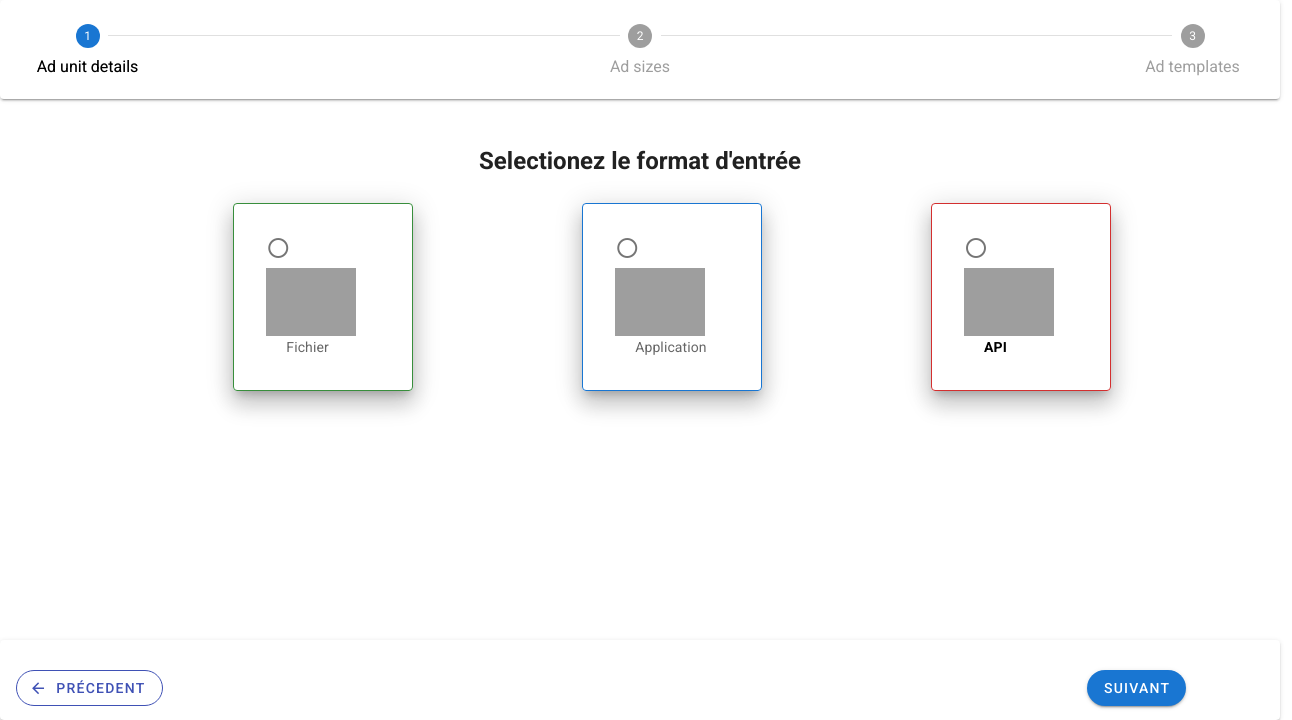
Repository: SidneyHodieb/myc
Page: /addsource/format
The author's editor kept a copy of each file at every save. The page is drawn from the files as they stood at one save, then again after the next save.
The browser window is 1280 px wide. The page is 1292 px wide, so the pictures cover 1292 px, including what lies to the right of the window. The pictures show the whole page.
Pictures or frames that could not be fetched are drawn as grey boxes. The project was rebuilt for these pictures with package versions that can differ from the ones it lists, and the page was loaded fresh each time. Also part of the build but not shown: vue.config.js, src/views/Home.vue, src/views/addSource/components/card.vue, src/views/addSource/components/trigger.vue.

Above is the page before, as saved 2021-04-04 14:21:45.

### src/App.vue
<template>
  <v-app>
    <v-main>
      <router-view></router-view>
    </v-main>
  </v-app>
</template>

<script>

export default {
  name: 'App',
  data: () => ({
    //
  }),
};
</script>

### src/router/index.js
import Vue from 'vue'
import VueRouter from 'vue-router'
import Home from '../views/Home.vue'
import addSource from '../views/addSource/column'
import format from '../views/addSource/components/format'
import card from '../views/addSource/components/card'
import trigger from '../views/addSource/components/trigger'

Vue.use(VueRouter)

const routes = [
  {
    path: '/',
    name: 'Home',
    component: Home
  },
  {
    path: '/addsource',
    name: 'addSource',
    component: addSource,
    children: [
      {
        path: 'format',
        component: format
      },
      {
        path: 'card',
        component: card
      },
      {
        path: 'trigger',
        component: trigger
      }
    ]
  },
  {
    path: '/about',
    name: 'About',
    // route level code-splitting
    // this generates a separate chunk (about.[hash].js) for this route
    // which is lazy-loaded when the route is visited.
    component: function () {
      return import(/* webpackChunkName: "about" */ '../views/About.vue')
    }
  }
]

const router = new VueRouter({
  mode: 'history',
  base: process.env.BASE_URL,
  routes
})

export default router

### src/views/addSource/column.vue
<template>
  <div>
    <!-- Header -->
      <v-stepper alt-labels>
          <v-stepper-header>
            <v-stepper-step step="1">
              Ad unit details
            </v-stepper-step>

            <v-divider></v-divider>

            <v-stepper-step step="2">
              Ad sizes
            </v-stepper-step>

            <v-divider></v-divider>

            <v-stepper-step step="3">
              Ad templates
            </v-stepper-step>
          </v-stepper-header>
        </v-stepper>

        <!-- Content -->
        <router-view></router-view>
        <!--Footer  -->

<v-card class="card-bottom">

    <v-row>
       <v-col>
       <v-btn
       class="ml-4"
      rounded
      outlined
      color="indigo"
    >
     <v-icon left>
        mdi-arrow-left
      </v-icon>
      Précedent
    </v-btn>
       </v-col>

  <v-col offset-md="8" offset-sm="8">
      <v-btn
      rounded
      color="primary"
      dark
    >
      Suivant
    </v-btn>
      </v-col>
      </v-row>
    </v-card>

  </div>
</template>

<script>
export default {

}
</script>

<style lang="scss" scoped>

.card-bottom{
  position: absolute;bottom: 0;width:100%; height: 50px; padding-bottom:50px; padding-top:30px
}

</style>

### src/views/addSource/components/format.vue
<template>
  <v-container fluid grid-list-md>
    <v-radio-group v-model="sourceFormat" row>
      <v-col md="12" sm="12" class="text-center">
        <h2>Selectionez le format d'entrée</h2>
      </v-col>
      <v-col offset-md="2">
        <v-card elevation="14" width="180">
          <v-alert outlined color="green darken-2">
          <v-card-text>
            <v-radio
                color="green"
                value="file"
                class="mb-2"
              ></v-radio>
            <div>
          <v-img
           width="90"
            src="https://www.flaticon.com/svg/vstatic/svg/786/786788.svg?token=exp=1617473650~hmac=f02174a0ee444bdd71a855da4ad95c3d"
        ></v-img>
        <span class="textCard text--secondary">Fichier</span>
        </div>
         </v-card-text>
          </v-alert>
        </v-card>
      </v-col>
      <v-col>
        <v-card elevation="14" width="180">
          <v-alert outlined color="blue darken-2">
          <v-card-text>
            <v-radio
                color="blue"
                value="app"
                class="mb-2"
              ></v-radio>
          <v-img
           width="90"
            src="https://www.flaticon.com/svg/vstatic/svg/2306/2306016.svg?token=exp=1617475854~hmac=35e4e709fb9fa1338bb7b9cd5032613a"
        ></v-img>
         <span class="textCard text--secondary">Application</span>
         </v-card-text>
          </v-alert>
        </v-card>
      </v-col>
      <v-col>
        <v-card elevation="14" width="180">
          <v-alert outlined color="red darken-2">
           <v-card-text>
             <v-radio
                color="red"
                value="api"
                class="mb-2"
              ></v-radio>
          <v-img
           width="90"
            src="https://www.flaticon.com/svg/vstatic/svg/994/994152.svg?token=exp=1617476036~hmac=b132b4a2ee4139281536cfde68b7345e"
        ></v-img>
         <span class="textCard font-weight-bold">API</span>
         </v-card-text>
          </v-alert>
        </v-card>
      </v-col>
    </v-radio-group>
  </v-container>
</template>

<script>
export default {
  data () {
      return {
        checkbox: true,
        sourceFormat:''
      }
    },
}
</script>

<style lang="scss" scoped>

.checkbox-round {
    width: 1.3em;
    height: 1.3em;
    background-color: white;
    border-radius: 50%;
    vertical-align: middle;
    border: 1px solid #ddd;
    -webkit-appearance: none;
    outline: none;
    cursor: pointer;
};

.textCard{
    color:black;
    margin-left:20px;
    margin-top:10px
}

</style>

Loaded but not shown: public/index.html (common file); src/main.js (common file); src/store/index.js (common file); src/plugins/vuetify.js (common file)

After the next save:
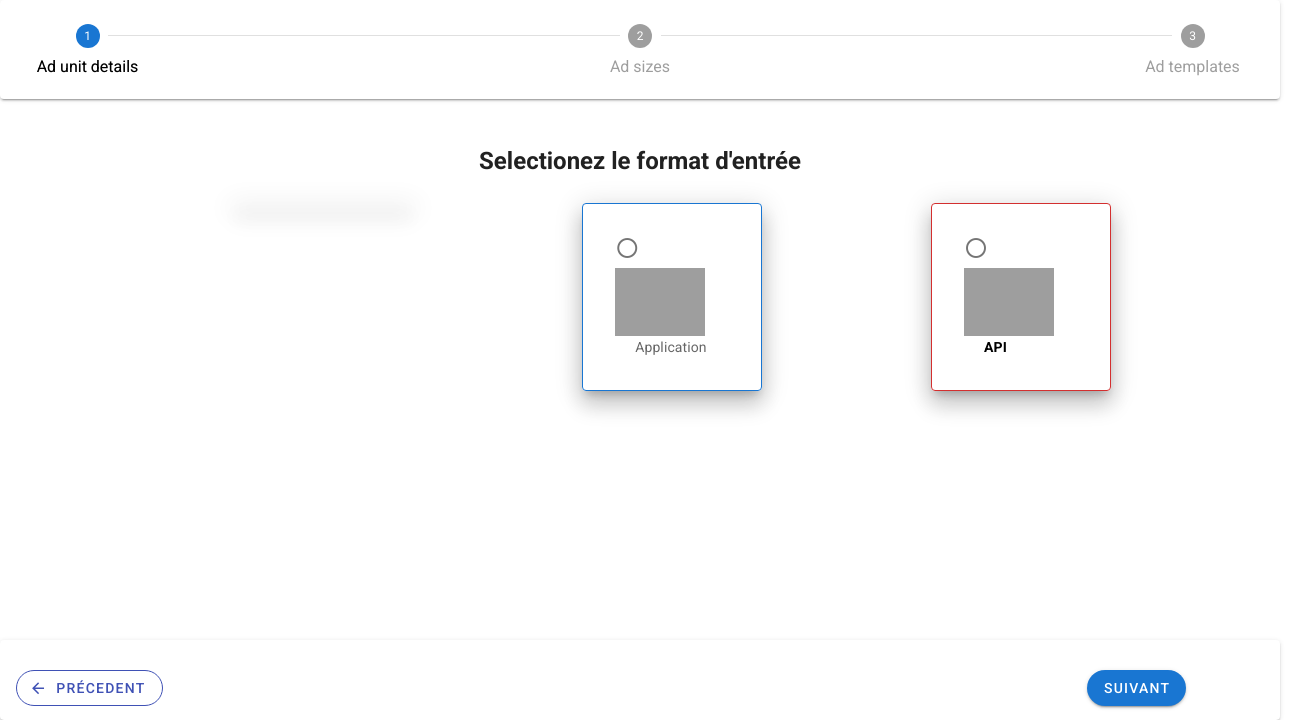
Saved 15 s later.
--- a/src/views/addSource/components/format.vue
+++ b/src/views/addSource/components/format.vue
@@ -6,7 +6,7 @@
       </v-col>
       <v-col offset-md="2">
         <v-card elevation="14" width="180">
-          <v-alert outlined color="green darken-2">
+          <v-alert v-if="sourceFormat" outlined color="green darken-2">
           <v-card-text>
             <v-radio
                 color="green"

After the save that followed:
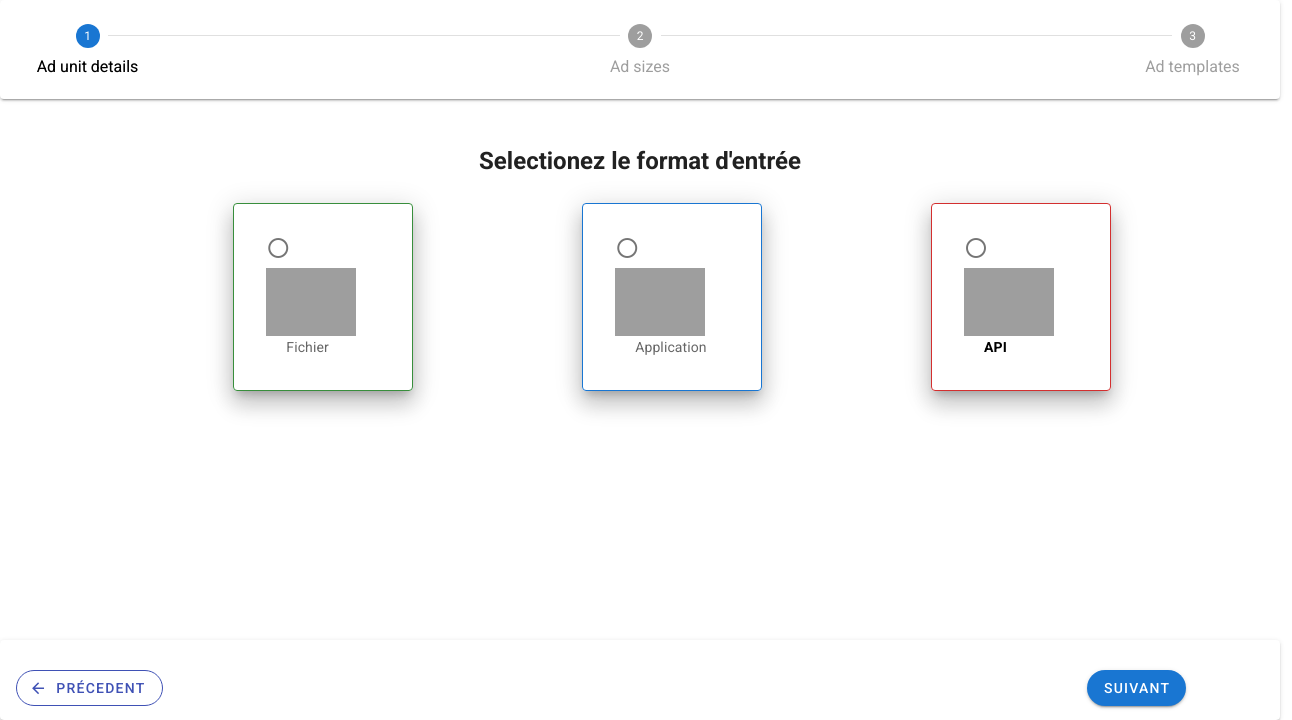
Saved 24 s later.
--- a/src/views/addSource/components/format.vue
+++ b/src/views/addSource/components/format.vue
@@ -6,7 +6,7 @@
       </v-col>
       <v-col offset-md="2">
         <v-card elevation="14" width="180">
-          <v-alert v-if="sourceFormat" outlined color="green darken-2">
+          <v-alert outlined color="green darken-2">
           <v-card-text>
             <v-radio
                 color="green"
